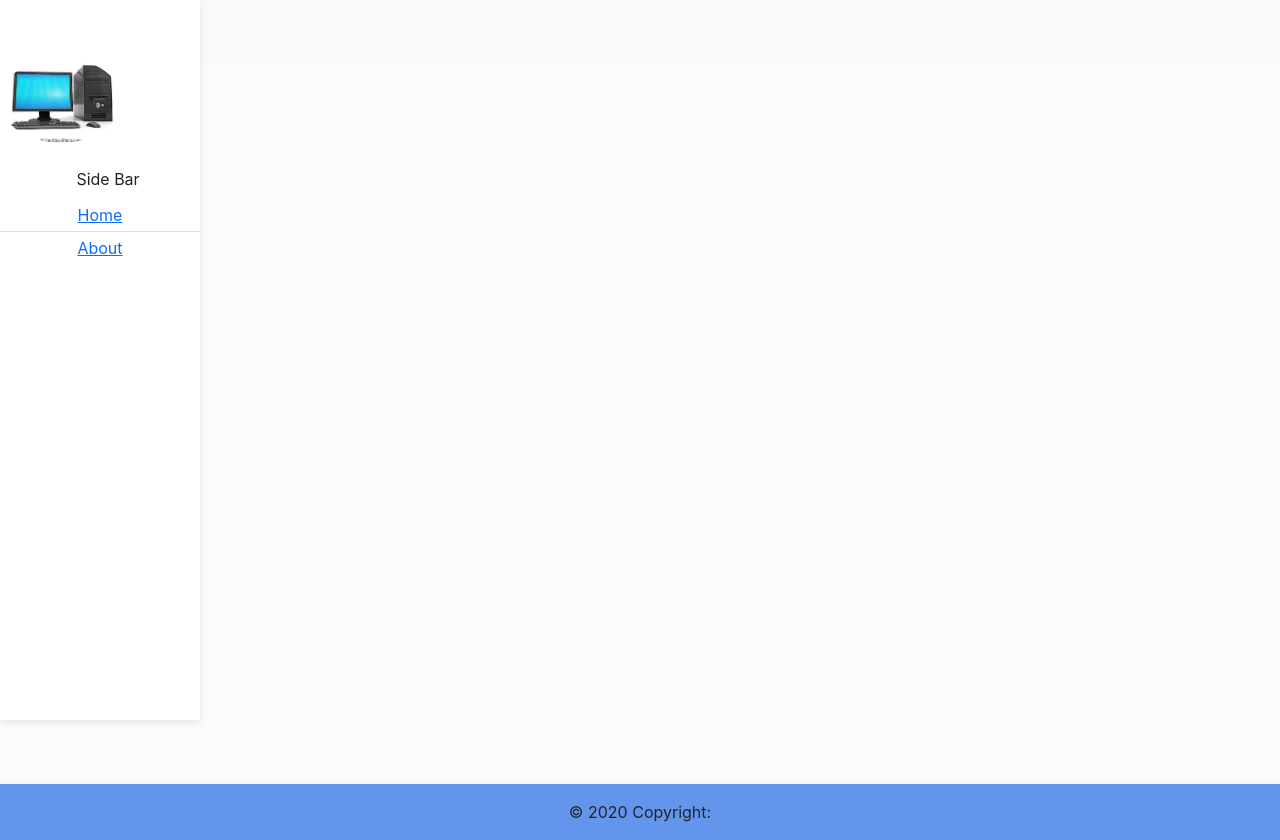
Repository: Sakshamccna/React
Page: /
An editor plug-in stored every save of this project. The page is shown before and after the next save, followed by the edit.
The browser window is 1280 px wide. The pictures show the whole page.
The project was rebuilt for these pictures with package versions that can differ from the ones it lists, and the page was loaded fresh each time. Also part of the build but not shown: src/Components/Home.tsx, src/Components/About.tsx.

Above is the page before, as saved 2022-12-26 13:06:04.

### public/index.html
<!DOCTYPE html>
<html lang="en">

<head>
  <meta charset="utf-8" />
  <link rel="icon" href="%PUBLIC_URL%/favicon.ico" />
  <meta name="viewport" content="width=device-width, initial-scale=1" />
  <meta name="theme-color" content="#000000" />
  <meta name="description" content="Web site created using create-react-app" />
  <link rel="apple-touch-icon" href="%PUBLIC_URL%/logo192.png" />
  <!--
      manifest.json provides metadata used when your web app is installed on a
      user's mobile device or desktop. See https://developers.google.com/web/fundamentals/web-app-manifest/
    -->
  <link rel="manifest" href="%PUBLIC_URL%/manifest.json" />
  <link href="https://cdn.jsdelivr.net/npm/bootstrap@5.2.3/dist/css/bootstrap.min.css" rel="stylesheet"
    integrity="sha384-rbsA2VBKQhggwzxH7pPCaAqO46MgnOM80zW1RWuH61DGLwZJEdK2Kadq2F9CUG65" crossorigin="anonymous">
  <!--
      Notice the use of %PUBLIC_URL% in the tags above.
      It will be replaced with the URL of the `public` folder during the build.
      Only files inside the `public` folder can be referenced from the HTML.

      Unlike "/favicon.ico" or "favicon.ico", "%PUBLIC_URL%/favicon.ico" will
      work correctly both with client-side routing and a non-root public URL.
      Learn how to configure a non-root public URL by running `npm run build`.
    -->
  <title>React App</title>
</head>

<body>
  <noscript>You need to enable JavaScript to run this app.</noscript>
  <div id="root"></div>
  <!--
      This HTML file is a template.
      If you open it directly in the browser, you will see an empty page.

      You can add webfonts, meta tags, or analytics to this file.
      The build step will place the bundled scripts into the <body> tag.

      To begin the development, run `npm start` or `yarn start`.
      To create a production bundle, use `npm run build` or `yarn build`.
    -->
</body>
<script src="https://cdn.jsdelivr.net/npm/bootstrap@5.2.3/dist/js/bootstrap.bundle.min.js"
  integrity="sha384-kenU1KFdBIe4zVF0s0G1M5b4hcpxyD9F7jL+jjXkk+Q2h455rYXK/7HAuoJl+0I4" crossorigin="anonymous"></script>

</html>

### src/App.tsx
import React from 'react';
import logo from './logo.svg';
import './App.css';
import { BrowserRouter, Routes, Route } from 'react-router-dom';
import Headers from './Components/Headers';

import Footers from './Components/Footers';
import Sidebar from './Components/Sidebar';
import Home from './Components/Home';
import About from './Components/About';

function App() {
  return (
    <div className="App">
      <BrowserRouter>

        <Routes>
          <Route path="/" element={<Headers />} >
            <Route path="/" element={<Sidebar />} >
              <Route path="Home" element={<Home />} />
              <Route path="About" element={<About />} />
            </Route>
          </Route>






        </Routes>

      </BrowserRouter>
      <Footers />



    </div >
  );
}

export default App;

### src/Components/Headers.tsx
import React from 'react'
import { Outlet } from 'react-router-dom'
import "./Header.css"

function Headers() {
    return (
        <>
            {/* <nav className="navbar sticky-top bg-light topnav-right">

                <div className="">
                    <div className="d-flex justify-content-center mx-4 ">
                        <button type="button" className="btn btn-light btn-lg">logout</button>
                    </div>

                </div>
            </nav> */}
            {/* <div className='container'>
                <div className='row'>
                    <div className='col-2'>

                    </div>
                    <div className='col-10'>
                        <div className="sticky-top  topnav-right">
                            <div className="d-flex justify-content-center mx-4 ">
                                <button type="button" className="btn btn-light btn-lg">logout</button>
                            </div>

                        </div>
                    </div>
                </div> */}

            {/* </div> */}

            <nav className="navbar navbar-expand-lg navbar-light bg-light">
                <div className="topnav-right">



                    <div className="d-flex justify-content-center ">
                        <button type="button" className="btn btn-primary btn-lg " >logout</button>
                    </div>

                </div>
            </nav>
            <Outlet />

        </>
    )
}

export default Headers

### src/Components/Footers.tsx
import React from 'react'
import "./footer.css"

function Footers() {
    return (
        <footer className="footer">


            <div className="footer-copyright text-center py-3">© 2020 Copyright:

            </div>



        </footer>
    )
}

export default Footers

### src/Components/Sidebar.tsx
import React from 'react'
import { Link, Outlet, useNavigate } from "react-router-dom";
import "./sidebar.css"

function Sidebar() {
    return (
        <>
            <nav id="sidebarMenu" className=" d-lg-block navbar-expand-lg navbar-light sidebar bg-white">


                <p
                    className="nav-link d-flex align-items-center center">
                    <img


                        src="hello.jpg"
                        className="rounded-circle"
                        height="85"
                        alt="Avatar"
                        loading="lazy"
                    />
                </p>

                <a
                    className="list-group-item list-group-item-action py-2 ripple"
                    aria-current="true"
                    data-mdb-toggle="collapse"
                    href="#collapseExample1"
                    aria-expanded="true"
                    aria-controls="collapseExample1"
                >
                    <i className="fas fa-tachometer-alt fa-fw me-3"></i><span>Side Bar</span>
                </a>

                <ul id="collapseExample1" className="collapse show list-group list-group-flush">
                    <li className="list-group-item py-1">
                        < Link to="Home" > Home</Link >
                    </li>
                    <li className="list-group-item py-1">
                        < Link to="About" > About</Link >
                    </li>

                </ul>
            </nav>
            <Outlet />

        </>
    )
}

export default Sidebar

### src/Components/Header.css
.topnav-right {
    display: flex;
    justify-content: flex-end;

}

### src/Components/footer.css
.footer {
    margin-top: 100vh;
    box-shadow: 0 2px 5px 0 rgb(0 0 0 / 5%), 0 2px 10px 0 rgb(0 0 0 / 5%);
    background-color: #6495ED;
}

### src/Components/sidebar.css
body {
    background-color: #fbfbfb;
}




.sidebar {
    position: fixed;
    top: 0;
    bottom: 0;
    left: 0;
    padding: 58px 0 0;

    box-shadow: 0 2px 5px 0 rgb(0 0 0 / 5%), 0 2px 10px 0 rgb(0 0 0 / 5%);
    width: 200px;
    z-index: 600;
}

Loaded but not shown: src/index.tsx (common file); src/index.css (common file); src/reportWebVitals.ts (common file); src/App.css (common file)

After the next save:
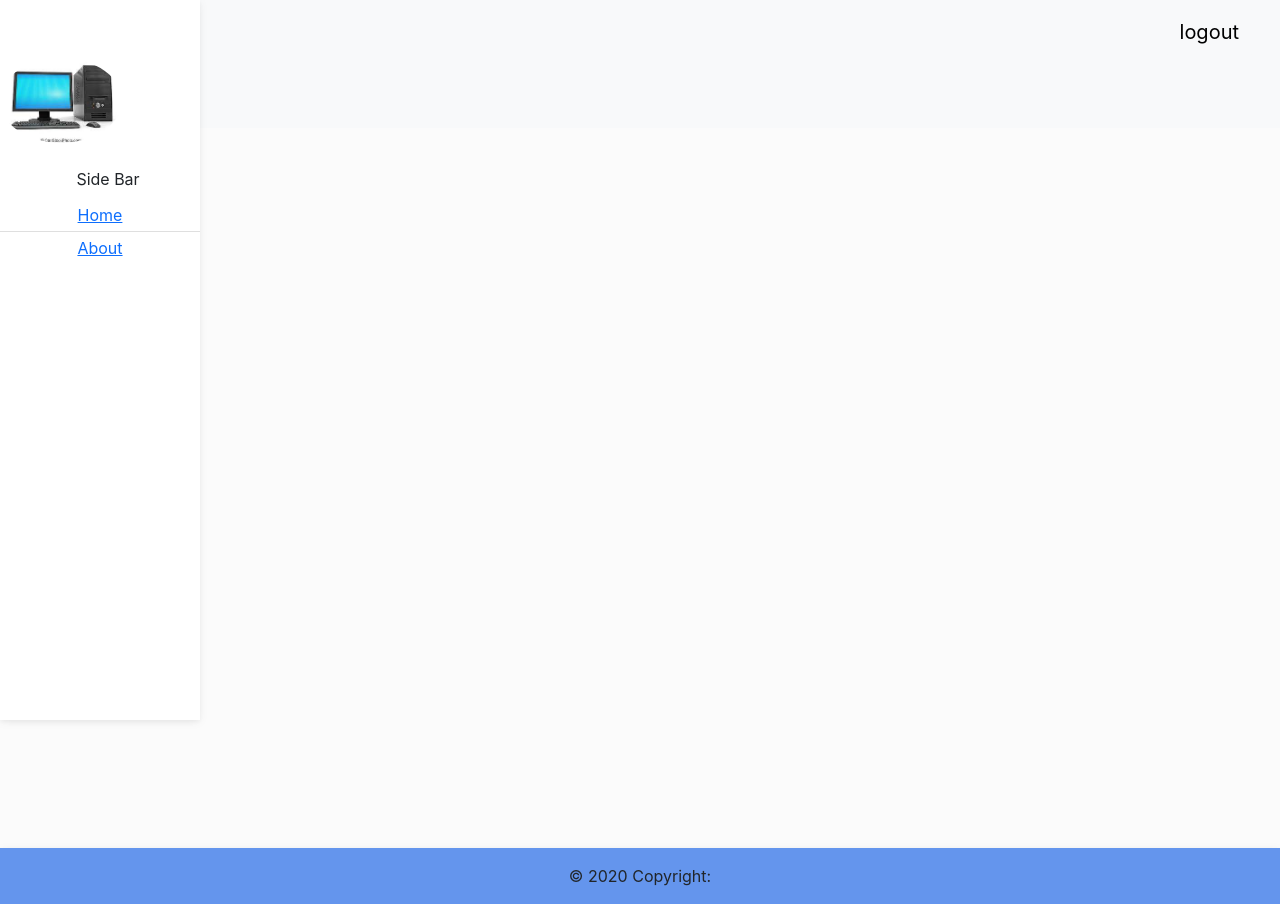
Saved 9 min 47 s later.
--- a/src/Components/Headers.tsx
+++ b/src/Components/Headers.tsx
@@ -5,7 +5,7 @@ import "./Header.css"
 function Headers() {
     return (
         <>
-            {/* <nav className="navbar sticky-top bg-light topnav-right">
+            <nav className="navbar bg-light topnav-right">
 
                 <div className="">
                     <div className="d-flex justify-content-center mx-4 ">
@@ -13,7 +13,7 @@ function Headers() {
                     </div>
 
                 </div>
-            </nav> */}
+            </nav>
             {/* <div className='container'>
                 <div className='row'>
                     <div className='col-2'>

After the save that followed:
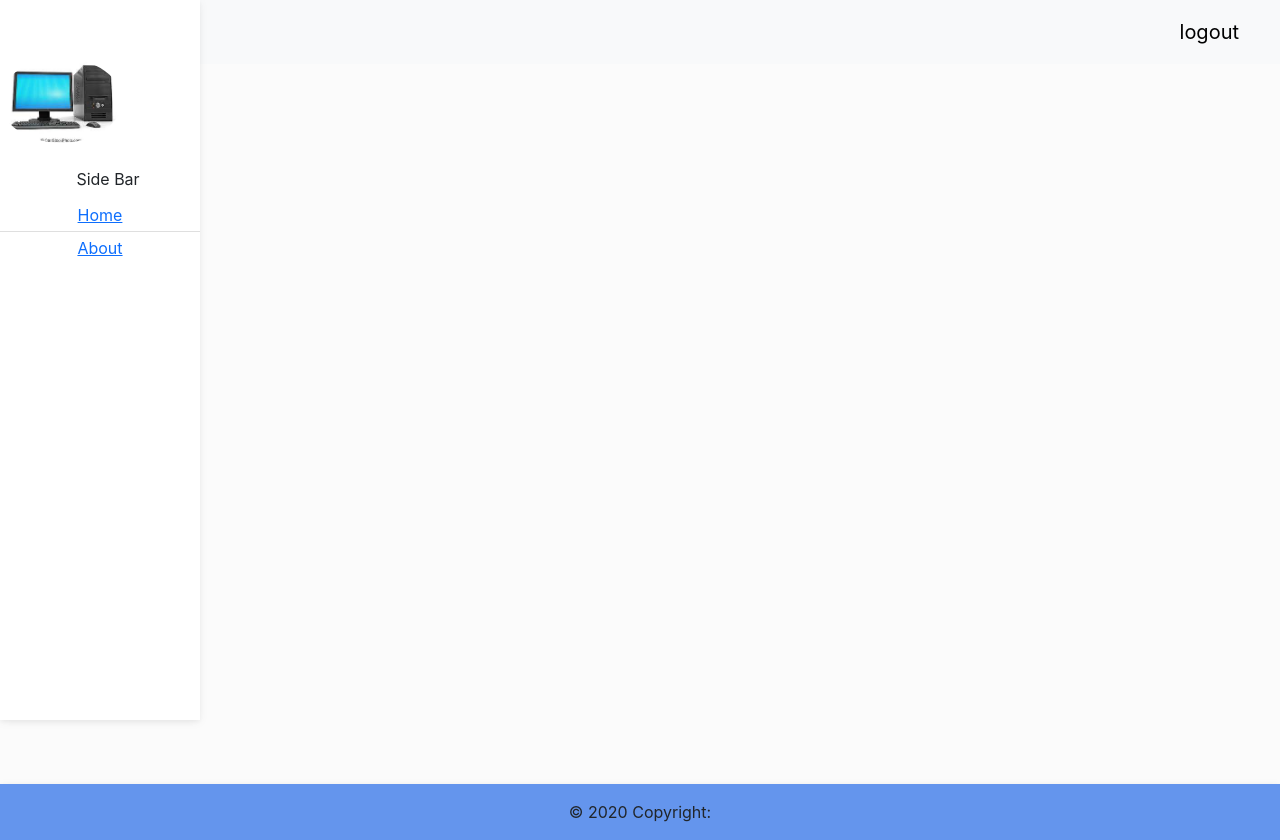
Saved 8 s later.
--- a/src/Components/Headers.tsx
+++ b/src/Components/Headers.tsx
@@ -31,7 +31,7 @@ function Headers() {
 
             {/* </div> */}
 
-            <nav className="navbar navbar-expand-lg navbar-light bg-light">
+            {/* <nav className="navbar navbar-expand-lg navbar-light bg-light">
                 <div className="topnav-right">
 
 
@@ -41,7 +41,7 @@ function Headers() {
                     </div>
 
                 </div>
-            </nav>
+            </nav> */}
             <Outlet />
 
         </>
